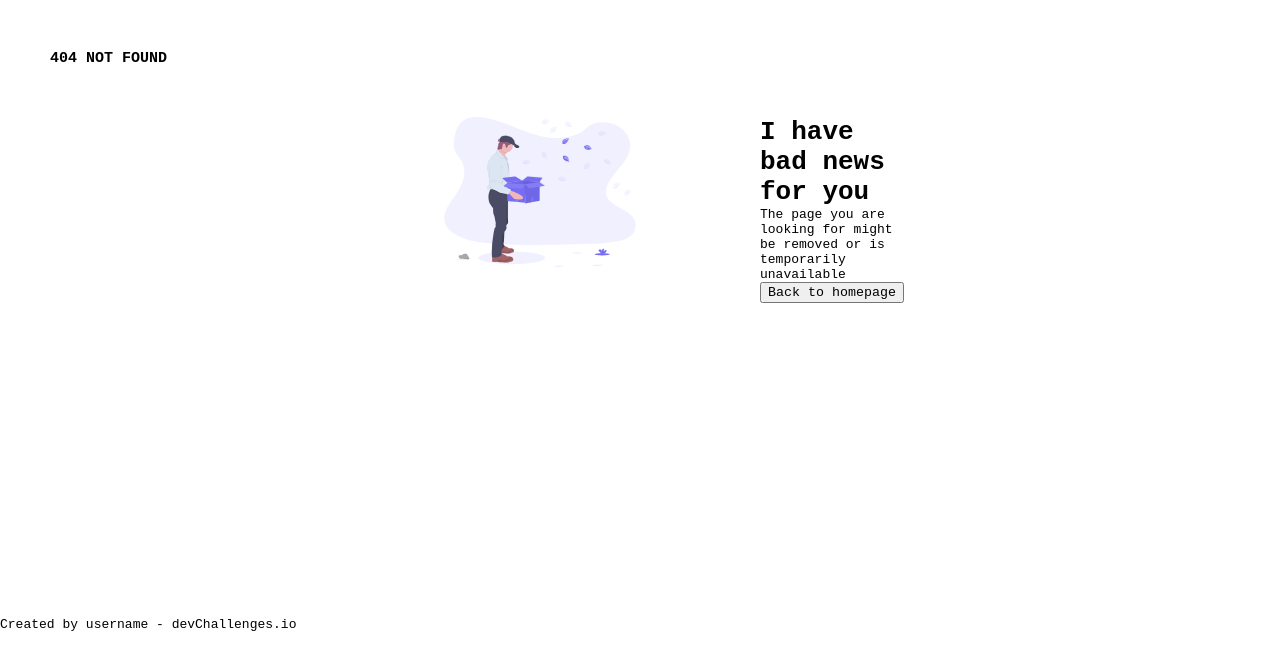
Repository: georgisenze/404-not-found-challeng
Page: index.html
The author's editor kept a copy of each file at every save. The page is drawn from the files as they stood at one save, then again after a run of saves.
The browser window is 1280 px wide. The pictures show the whole page.

Above is the page before, as saved 2023-02-21 06:41:07.

After the next 2 saves:
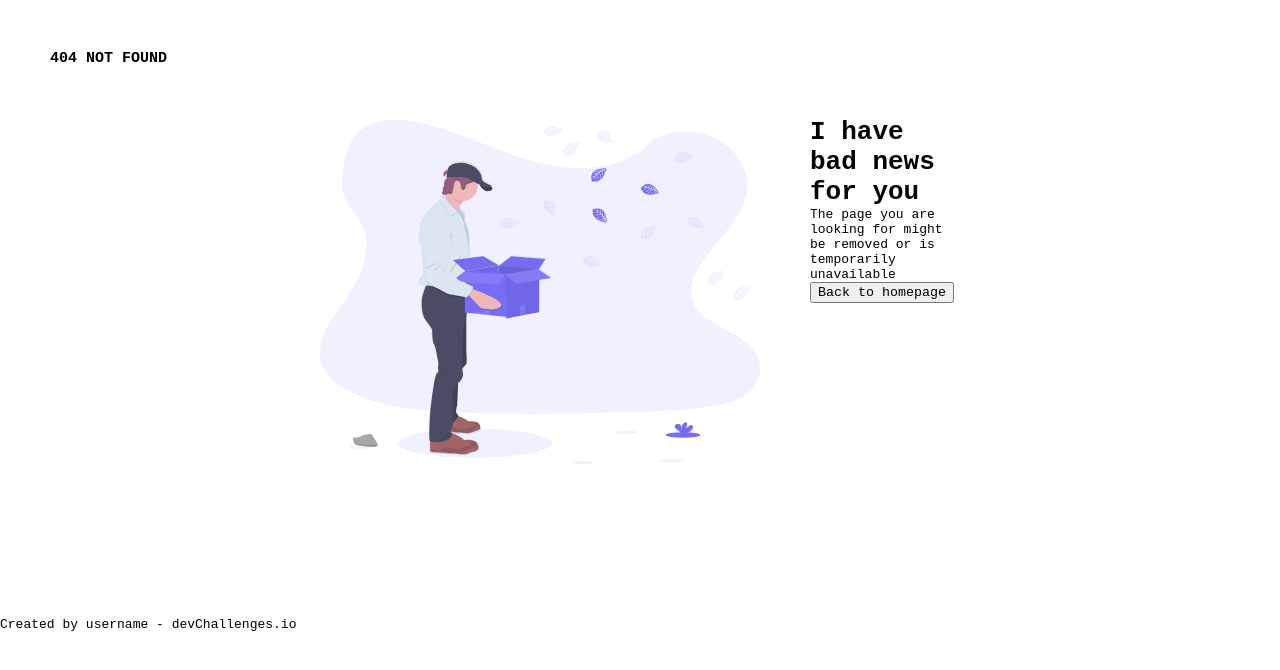
The 2 saves are shown as one change because they came seconds apart.
The last was saved 10 s later.
--- a/assets/css/style.css
+++ b/assets/css/style.css
@@ -31,8 +31,8 @@ header p {
 }
 
 .left img{
-    width: 340px;
-    height: 150px;
+    width: 440px;
+    height: 350px;
 }
 
 .rigth{
